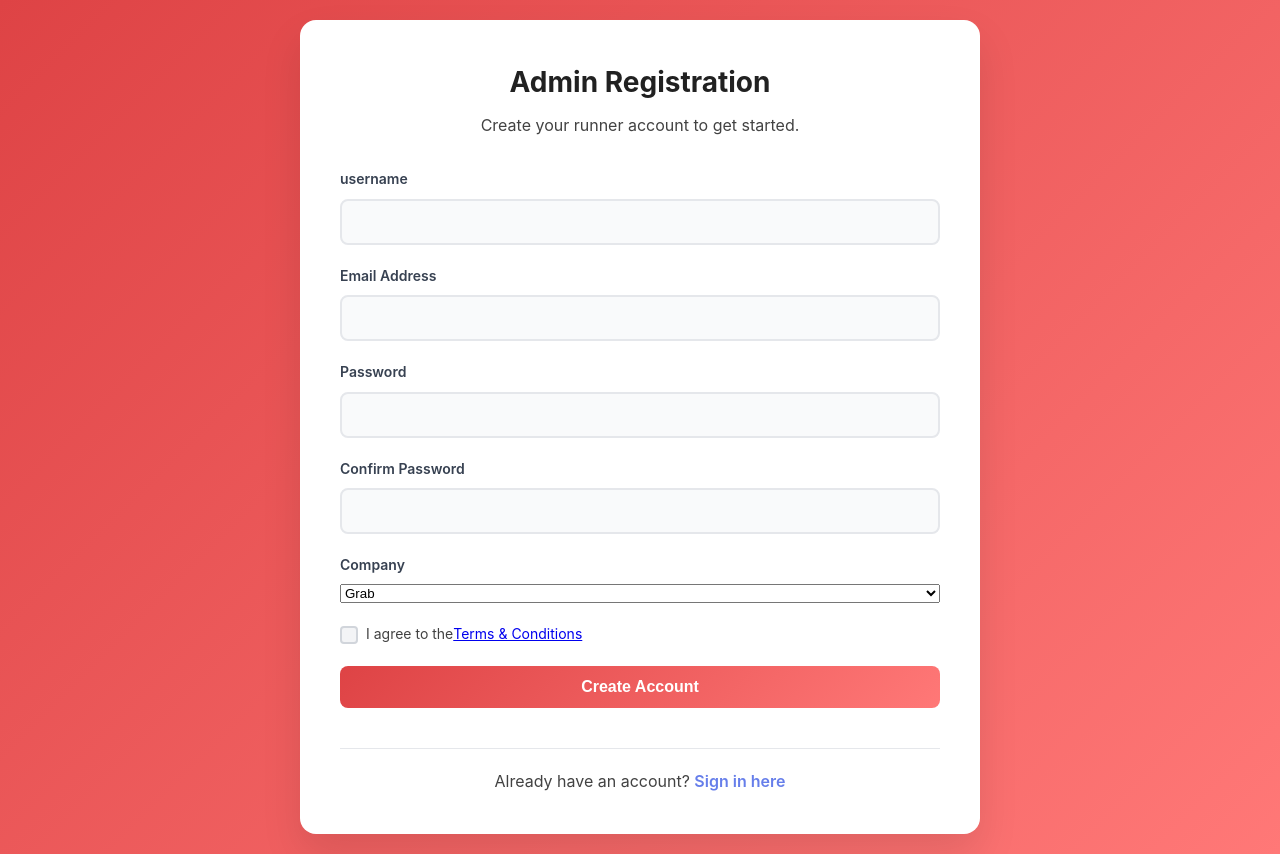
Repository: YIsheng2002/web-frontend
Page: view/Staff/signupstaff.html
An editor plug-in stored every save of this project. The page is shown before and after the next save, followed by the edit.
The browser window is 1280 px wide. The pictures show the whole page.

Above is the page before, as saved 2025-06-12 10:31:58.

### view/Staff/signupstaff.html
<!DOCTYPE html>
<html lang="en">
<head>
    <meta charset="UTF-8">
    <meta name="viewport" content="width=device-width, initial-scale=1.0">
    <link rel="icon" href="../../assets/images/logo.png">
    <title>Sign Up - Admin Panel</title>
    <link rel="stylesheet" href="../../assets/css/main.css">
    <link rel="stylesheet" href="./assets/css/authStaff.css">
    <script src="./assets/javascript/authStaff.js"></script>
    <script src="./assets/javascript/mainStaff.js"></script>
</head>
<body>
    <div class="auth-container">
        <div class="auth-card">
            <div class="auth-header">
                <h1>Admin Registration</h1>
                <p>Create your runner account to get started.</p>
            </div>

            <form id="signupForm" class="auth-form">
                <div class="form-group">
                    <label for="lastName">username</label>
                    <input type="text" id="username" name="username" required>
                </div>

                <div class="form-group">
                    <label for="signupEmail">Email Address</label>
                    <input type="email" id="signupEmail" name="email" required>
                </div>

                <div class="form-group">
                    <label for="signupPassword">Password</label>
                    <input type="password" id="signupPassword" name="password" required>
                </div>

                <div class="form-group">
                    <label for="confirmPassword">Confirm Password</label>
                    <input type="password" id="confirmPassword" name="password_confirmation" required>
                </div>

                <div class="form-group">
                    <label for="runner-type">Company</label>
                    <select name="runner-type" id="runner-type">
                        <option value="grab">Grab</option>
                        <option value="foodpanda">FoodPanda</option>
                    </select>
                </div>

                <div class="form-options">
                    <label class="checkbox-container">
                        <input type="checkbox" name="terms" required>
                        <span class="checkmark"></span>
                        I agree to the <a href="#">Terms & Conditions</a>
                    </label>
                </div>

                <button type="submit" class="btn-primary">Create Account</button>

                <div class="auth-footer">
                    <p>Already have an account? <a href="loginStaff.html">Sign in here</a></p>
                </div>
            </form>
        </div>
    </div>


</body>
</html>

### assets/css/main.css
:root{
    --primary-color: #DE4345;
    --secondary-color: #F8FAD4;
    --white-color: #FFFFFF;
    --header-font-color: #212121;
    --header6-font-color: #424242;
    --light-red: #FF7877;
}

* {
    margin: 0;
    padding: 0;
    box-sizing: border-box;
}

body {
    font-family: -apple-system, BlinkMacSystemFont, 'Segoe UI', Roboto, sans-serif;
    line-height: 1.6;
    color: var(--header6-font-color);
    background-color: #f5f5f5;
}

.btn-primary {
    background: linear-gradient(135deg, var(--primary-color) 0%, var(--light-red) 100%);
    color: white;
    border: none;
    padding: 12px 24px;
    border-radius: 8px;
    font-size: 16px;
    font-weight: 600;
    cursor: pointer;
    transition: all 0.3s ease;
    width: 100%;
}

.btn-primary:hover {
    transform: translateY(-5px);
    box-shadow: 0 8px 25px rgba(253, 114, 92, 0.22);
}

.btn-primary:active {
    transform: translateY(0);
}

/* Header Styles */
.header {
    background: linear-gradient(135deg, #e74c3c, #c0392b);
    color: white;
    padding: 15px 30px;
    display: flex;
    justify-content: space-between;
    align-items: center;
    box-shadow: 0 2px 10px rgba(0,0,0,0.1);
}

.logo-section {
    display: flex;
    align-items: center;
    gap: 15px;
}

.logo {
    width: 70px;
    height: 70px;
    display: flex;
    align-items: center;
    justify-content: center;
    font-weight: bold;
    font-size: 18px;
}

.brand-name {
    font-size: 28px;
    font-weight: bold;
    letter-spacing: 1px;
}

### view/Staff/assets/css/authStaff.css
.auth-container {
    min-height: 100vh;
    display: flex;
    align-items: center;
    justify-content: center;
    background: linear-gradient(135deg, var(--primary-color) 0%, var(--light-red) 100%);
    padding: 20px;
}

.auth-card {
    background: white;
    border-radius: 16px;
    box-shadow: 0 20px 40px rgba(0,0,0,0.1);
    padding: 40px;
    width: 100%;
    max-width: 680px;
    animation: slideUp 0.6s ease-out;
}

@keyframes slideUp {
    from {
        opacity: 0;
        transform: translateY(30px);
    }
    to {
        opacity: 1;
        transform: translateY(0);
    }
}

.auth-header {
    text-align: center;
    margin-bottom: 30px;
}

.auth-header h1 {
    font-size: 28px;
    font-weight: 700;
    color: var(--header-font-color);
    margin-bottom: 8px;
}

.auth-header p {
    color: var(--header6-font-color);
    font-size: 16px;
}

.auth-form {
    display: flex;
    flex-direction: column;
    gap: 20px;
}

.form-row{
    display: flex;
    flex-direction: row;
    gap: 15px;
}

.form-group {
    display: flex;
    flex-direction: column;
}

.form-group label {
    font-weight: 600;
    color: #374151;
    margin-bottom: 8px;
    font-size: 14px;
}

.form-group input {
    padding: 12px 16px;
    border: 2px solid #e5e7eb;
    border-radius: 8px;
    font-size: 16px;
    transition: all 0.3s ease;
    background: #f9fafb;
    width: 100%;
}

.form-group input:focus {
    outline: none;
    border-color: #667eea;
    background: white;
    box-shadow: 0 0 0 3px rgba(102, 126, 234, 0.1);
}

.form-options {
    display: flex;
    justify-content: space-between;
    align-items: center;
    font-size: 14px;
}

.checkbox-container {
    display: flex;
    align-items: center;
    cursor: pointer;
    position: relative;
}

.checkbox-container input[type="checkbox"] {
    opacity: 0;
    position: absolute;
}

.checkmark {
    width: 18px;
    height: 18px;
    background: #f3f4f6;
    border: 2px solid #d1d5db;
    border-radius: 4px;
    margin-right: 8px;
    display: flex;
    align-items: center;
    justify-content: center;
    transition: all 0.3s ease;
}

.checkbox-container input[type="checkbox"]:checked + .checkmark {
    background: #667eea;
    border-color: #667eea;
}

.checkbox-container input[type="checkbox"]:checked + .checkmark::after {
    content: "✓";
    color: white;
    font-size: 12px;
    font-weight: bold;
}

.forgot-link {
    color: #667eea;
    text-decoration: none;
    font-weight: 500;
}

.forgot-link:hover {
    text-decoration: underline;
}

.auth-footer {
    text-align: center;
    margin-top: 20px;
    padding-top: 20px;
    border-top: 1px solid #e5e7eb;
}

.auth-footer a {
    color: #667eea;
    text-decoration: none;
    font-weight: 600;
}

.auth-footer a:hover {
    text-decoration: underline;
}

### view/Staff/assets/javascript/mainStaff.js
// Main utility functions
class Utils {
    // Show notification/alert messages
    static showNotification(message, type = 'info') {
        // Create notification element
        const notification = document.createElement('div');
        notification.className = `notification notification-${type}`;
        notification.innerHTML = `
            <span>${message}</span>
            <button class="notification-close">&times;</button>
        `;

        // Add to body
        document.body.appendChild(notification);

        // Auto remove after 5 seconds
        setTimeout(() => {
            if (notification.parentNode) {
                notification.parentNode.removeChild(notification);
            }
        }, 5000);

        // Manual close button
        notification.querySelector('.notification-close').addEventListener('click', () => {
            if (notification.parentNode) {
                notification.parentNode.removeChild(notification);
            }
        });
    }

    // Validate email format
    static isValidEmail(email) {
        const emailRegex = /^[^\s@]+@[^\s@]+\.[^\s@]+$/;
        return emailRegex.test(email);
    }

    // Validate password strength
    static validatePassword(password) {
        const errors = [];

        if (password.length < 8) {
            errors.push('Password must be at least 8 characters long');
        }

        if (!/[A-Z]/.test(password)) {
            errors.push('Password must contain at least one uppercase letter');
        }

        if (!/[a-z]/.test(password)) {
            errors.push('Password must contain at least one lowercase letter');
        }

        if (!/\d/.test(password)) {
            errors.push('Password must contain at least one number');
        }

        return {
            isValid: errors.length === 0,
            errors: errors
        };
    }

    // Loading state management
    static setLoading(element, isLoading) {
        if (isLoading) {
            element.disabled = true;
            element.innerHTML = '<span class="spinner"></span> Loading...';
        } else {
            element.disabled = false;
            element.innerHTML = element.getAttribute('data-original-text') || 'Submit';
        }
    }

    // Form validation helper
    static validateForm(formElement) {
        const inputs = formElement.querySelectorAll('input[required], select[required]');
        let isValid = true;

        inputs.forEach(input => {
            const value = input.value.trim();
            const errorElement = input.parentNode.querySelector('.error-message');

            // Remove existing error
            if (errorElement) {
                errorElement.remove();
            }

            // Check if required field is empty
            if (!value) {
                Utils.showFieldError(input, `${Utils.getFieldLabel(input)} is required`);
                isValid = false;
                return;
            }

            // Email validation
            if (input.type === 'email' && !Utils.isValidEmail(value)) {
                Utils.showFieldError(input, 'Please enter a valid email address');
                isValid = false;
                return;
            }

            // Password validation
            if (input.type === 'password' && input.name === 'password') {
                const validation = Utils.validatePassword(value);
                if (!validation.isValid) {
                    Utils.showFieldError(input, validation.errors[0]);
                    isValid = false;
                    return;
                }
            }
        });

        return isValid;
    }

    // Show field-specific error
    static showFieldError(input, message) {
        const errorElement = document.createElement('div');
        errorElement.className = 'error-message';
        errorElement.textContent = message;
        input.parentNode.appendChild(errorElement);
        input.classList.add('error');
    }

    // Get field label text
    static getFieldLabel(input) {
        const label = input.parentNode.querySelector('label');
        return label ? label.textContent.trim() : input.name;
    }

    // Clear form errors
    static clearFormErrors(formElement) {
        const errorElements = formElement.querySelectorAll('.error-message');
        const errorInputs = formElement.querySelectorAll('.error');

        errorElements.forEach(el => el.remove());
        errorInputs.forEach(input => input.classList.remove('error'));
    }
}

// API Service for handling HTTP requests
class APIService {
    static baseURL = '/api'; // Adjust based on your backend

    static async request(endpoint, options = {}) {
        const url = `${this.baseURL}${endpoint}`;
        const config = {
            headers: {
                'Content-Type': 'application/json',
                ...options.headers
            },
            ...options
        };

        try {
            const response = await fetch(url, config);
            const data = await response.json();

            if (!response.ok) {
                throw new Error(data.message || 'Something went wrong');
            }

            return data;
        } catch (error) {
            console.error('API Request failed:', error);
            throw error;
        }
    }

    static async get(endpoint, headers = {}) {
        return this.request(endpoint, { method: 'GET', headers });
    }

    static async post(endpoint, data, headers = {}) {
        return this.request(endpoint, {
            method: 'POST',
            headers,
            body: JSON.stringify(data)
        });
    }

    static async put(endpoint, data, headers = {}) {
        return this.request(endpoint, {
            method: 'PUT',
            headers,
            body: JSON.stringify(data)
        });
    }

    static async delete(endpoint, headers = {}) {
        return this.request(endpoint, { method: 'DELETE', headers });
    }
}

// Session management
class SessionManager {
    static setToken(token) {
        // Using JavaScript variables instead of localStorage for Claude.ai compatibility
        window.authToken = token;
    }

    static getToken() {
        return window.authToken || null;
    }

    static removeToken() {
        window.authToken = null;
    }

    static setUser(user) {
        window.currentUser = user;
    }

    static getUser() {
        return window.currentUser || null;
    }

    static isLoggedIn() {
        return !!this.getToken();
    }

    static logout() {
        this.removeToken();
        window.currentUser = null;
        window.location.href = 'login.html';
    }
}

// Initialize global utilities
window.Utils = Utils;
window.APIService = APIService;
window.SessionManager = SessionManager;

Loaded but not shown: view/Staff/assets/javascript/authStaff.js (382 lines, source omitted)

After the next save:
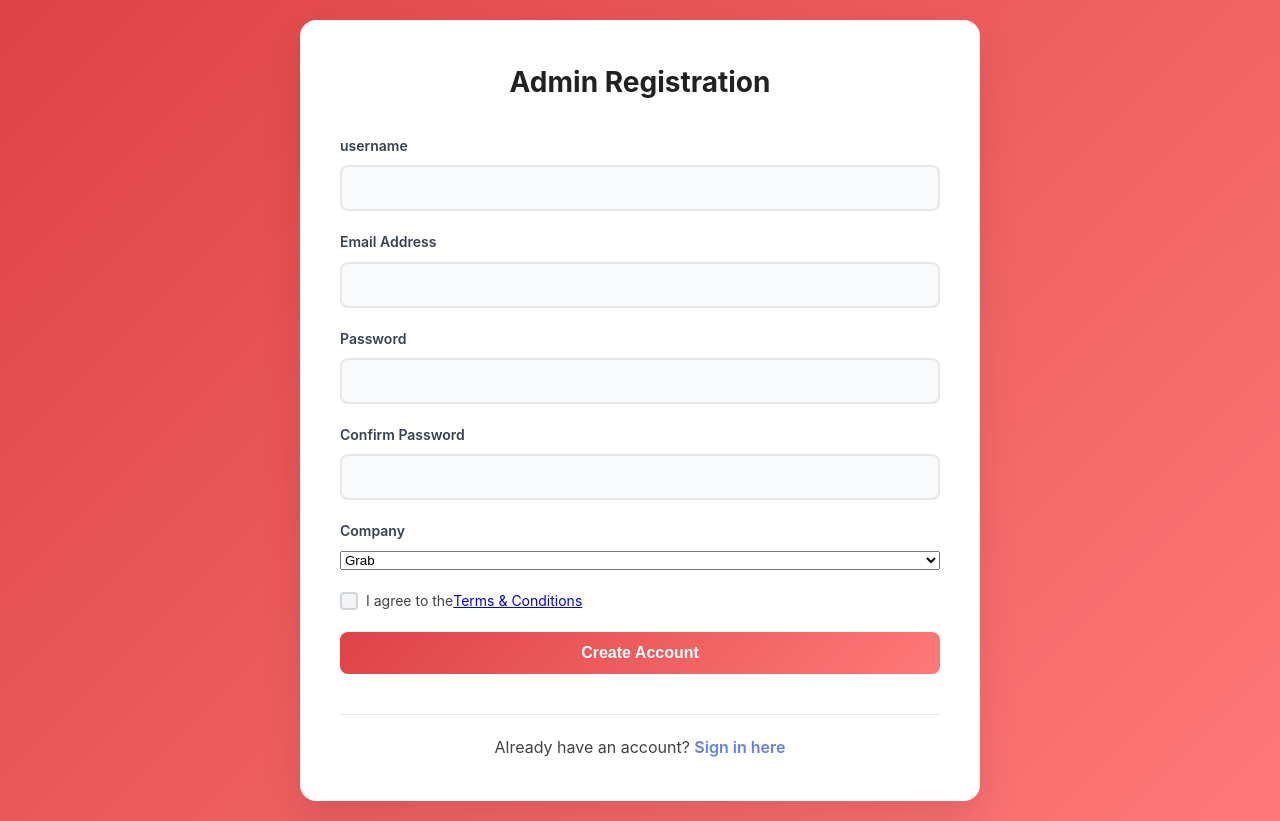
Saved 21 s later.
--- a/view/Staff/signupstaff.html
+++ b/view/Staff/signupstaff.html
@@ -15,7 +15,6 @@
         <div class="auth-card">
             <div class="auth-header">
                 <h1>Admin Registration</h1>
-                <p>Create your runner account to get started.</p>
             </div>
 
             <form id="signupForm" class="auth-form">
